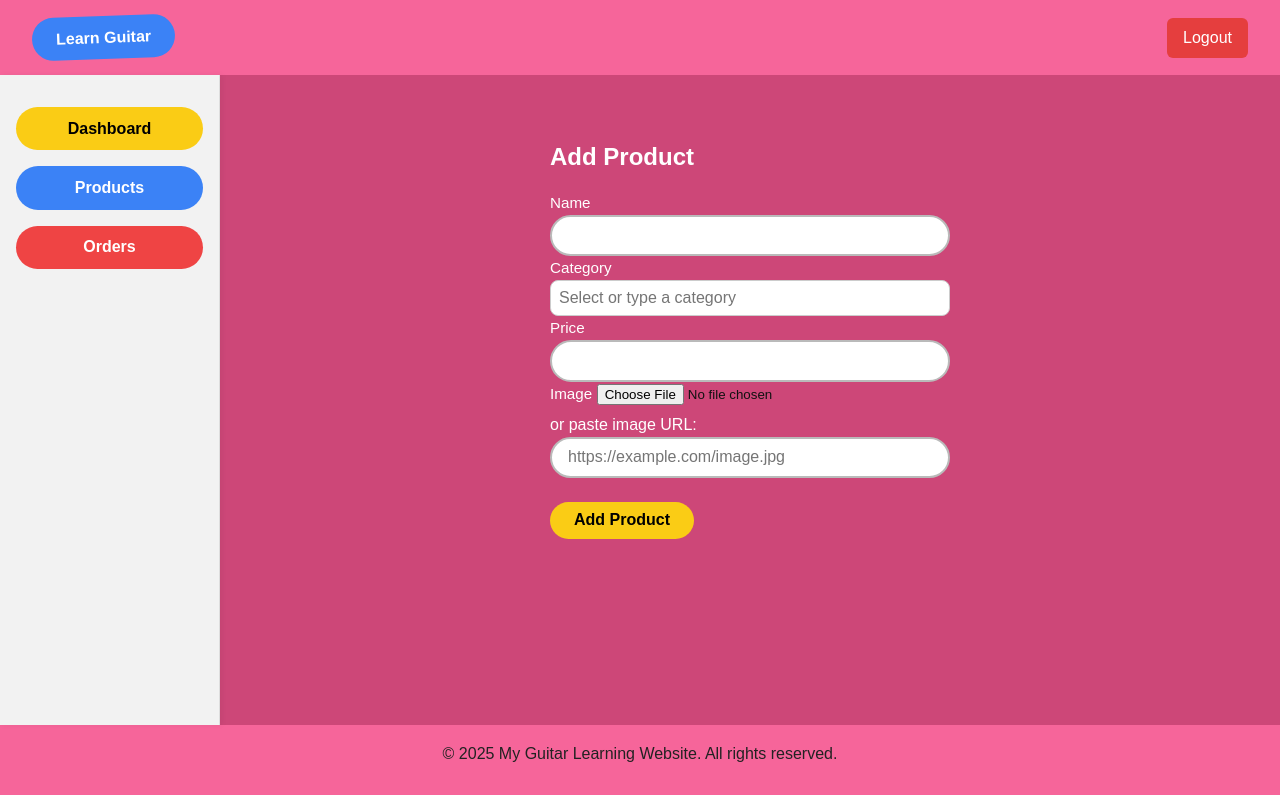
Repository: rywkoo/LearnGuitar
Page: templates/admin/addproduct.html
These files come from the project's save history. The page is drawn as it stood at one moment and after the next save; the edit follows.
The browser window is 1280 px wide. The pictures show the whole page.
The page is served by the project's application, run on Flask 3 (app.py). Other server files are loaded and not shown. The template is opened directly, without the code that normally fills it, so the values that code supplies are empty.

Above is the page before, as saved 2025-08-25 22:37:19.

### templates/admin/addproduct.html
{% extends "admin/admin_master.html" %}

{% block main_content %}


<style>
.custom-dropdown {
  position: relative;
  width: 100%;
}

.custom-dropdown input {
  width: 100%;
  padding: 0.5rem;
  border-radius: 8px;
  border: 1px solid #ccc;
}

.dropdown-list {
  position: absolute;
  top: 100%;
  left: 0;
  right: 0;
  background: #fff;
  max-height: 150px;
  overflow-y: auto;
  border: 1px solid #ccc;
  border-radius: 8px;
  display: none;
  margin-top: 2px;
  z-index: 10;
}

.dropdown-list li {
  padding: 0.5rem;
  cursor: pointer;
}

.dropdown-list li:hover {
  background: #f0f0f0;
}

.dropdown-list li.other {
  font-style: italic;
  color: #555;
}
</style>


<div style="width: 400px; margin: 2rem auto;">
    <h2 style="color: white; margin-bottom: 1rem;">Add Product</h2>

    <form id="addProductForm" method="POST" enctype="multipart/form-data">
        <!-- Name -->
        <div class="mb-3">
            <label style="color: white;">Name</label>
            <input class="input" type="text" name="name" required>
        </div>

        <!-- Category -->
        <div class="mb-3">
            <label style="color: white;">Category</label>
            <div class="custom-dropdown">
                <input
                    class="input"
                    type="text"
                    id="categoryInput"
                    name="category"
                    placeholder="Select or type a category"
                    autocomplete="off"
                    value="{{ product['category'] if product else '' }}"
                    required
                    style="background-color: white; color: black;"
                >
                <ul class="dropdown-list" id="categoryList">
                    {% for cat in categories %}
                        <li>{{ cat }}</li>
                    {% endfor %}
                    <li class="other">Other...</li>
                </ul>
            </div>
        </div>


        <!-- Price -->
        <div class="mb-3">
            <label style="color: white;">Price</label>
            <input class="input" type="number" name="price" required>
        </div>

        <!-- Image -->
        <div class="mb-3">
            <label style="color: white;">Image</label>
            <input type="file" name="image_file" accept="image/*" style="margin-bottom: 0.5rem;">
            <br>
            <span style="color: white;">or paste image URL:</span>
            <input class="input" type="text" name="image_url" placeholder="https://example.com/image.jpg">
        </div>

        <!-- Submit -->
    </br>
        <button class="btn btn-primary" type="submit">Add Product</button>
    </form>
</div>

<!-- Success Modal -->
<div id="successModal" style="
    display: none;
    position: fixed;
    inset: 0;
    background: rgba(0,0,0,0.5);
    justify-content: center;
    align-items: center;
    z-index: 999;
">
    <div style="
        background: #fff;
        padding: 2rem;
        border-radius: 12px;
        text-align: center;
        width: 300px;
    ">
        <div style="font-size: 3rem; color: green;">✔️</div>
        <h3>New Product Added!</h3>
    </div>
</div>

<script>
const form = document.getElementById('addProductForm');
const modal = document.getElementById('successModal');

form.addEventListener('submit', function(event) {
    event.preventDefault(); // Prevent default form submission

    const formData = new FormData(form);

    fetch(form.action || window.location.href, {
        method: 'POST',
        body: formData
    })
    .then(res => {
        if (res.ok) {
            // Show modal
            modal.style.display = 'flex';

            // Redirect to product list after 1.5s
            setTimeout(() => {
                window.location.href = "{{ url_for('admin_products') }}";
            }, 1500);
        } else {
            res.text().then(txt => alert('Error adding product: ' + txt));
        }
    })
    .catch(err => {
        console.error(err);
        alert('Error adding product.');
    });
});
</script>

<script>
const input = document.getElementById('categoryInput');
const list = document.getElementById('categoryList');

input.addEventListener('focus', () => {
  list.style.display = 'block';
});

input.addEventListener('input', () => {
  const value = input.value.toLowerCase();
  Array.from(list.children).forEach(li => {
    li.style.display = li.textContent.toLowerCase().includes(value) ? 'block' : 'none';
  });
});

Array.from(list.children).forEach(li => {
  li.addEventListener('click', () => {
    if (li.classList.contains('other')) {
      input.value = '';
      input.focus();
    } else {
      input.value = li.textContent;
    }
    list.style.display = 'none';
  });
});

document.addEventListener('click', e => {
  if (!e.target.closest('.custom-dropdown')) {
    list.style.display = 'none';
  }
});
</script>
{% endblock %}

### templates/admin/admin_master.html
<!DOCTYPE html>
<html lang="en">
<head>
  <meta charset="UTF-8">
  <title>{% block title %}My Flask App{% endblock %}</title>
  {% include "css.html" %}
</head>
<body style="margin:0; font-family: sans-serif;">

  <!-- ===== Navbar ===== -->
  <nav style="padding: 1rem 2rem; display: flex; justify-content: space-between; align-items: center; background: #f6659a; color:white;">
    <a href="/" class="btn btn-secondary btn-lg" style="transform: rotate(-2deg);">Learn Guitar</a>
    <div class="nav-links" style="display: flex; gap:5px;">
      <a href="/logout" style="padding: 0.5rem 1rem; background: #e53e3e; color:white; border-radius: 6px; text-decoration:none;">Logout</a>
    </div>
  </nav>

  <!-- ===== Layout Wrapper ===== -->
  <div style="display: flex; min-height: calc(100vh - 70px);">

    <!-- ===== Sidebar ===== -->
    <aside style="
      width: 220px;
      background: #f2f2f2;
      padding: 2rem 1rem;
      border-right: 1px solid #ddd;
      box-shadow: 2px 0 6px rgba(0,0,0,0.05);
    ">
      <nav style="display: flex; flex-direction: column; gap: 1rem;">
        <a class="btn btn-primary" href="/admin" >Dashboard</a>
        <a class="btn btn-secondary" href="/admin/products" >Products</a>
        <a class="btn btn-danger" href="/admin/orders" >Orders</a>
      </nav>
    </aside>

    <!-- ===== Main Content ===== -->
    <main style="flex: 1; padding: 2rem;">
      {% block main_content %}
      <!-- Page content will go here -->
      {% endblock %}
    </main>

  </div>

  <!-- ===== Footer ===== -->
  <footer style="text-align: center; padding: 1rem 1rem; background: #f6659a; color:white; border-top: 1px solid #f6659a;">
    <p>&copy; 2025 My Guitar Learning Website. All rights reserved.</p>
  </footer>

  {% include "script.html" %}

  <script src="https://unpkg.com/vue@3/dist/vue.global.js"></script>
</body>
</html>

### templates/css.html
<!-- css.html -->
<link rel="stylesheet" href="{{ url_for('static', filename='css/btn.css') }}">
<link rel="stylesheet" href="{{ url_for('static', filename='css/card.css') }}">
<link rel="stylesheet" href="{{ url_for('static', filename='css/input.css') }}">
<link rel="stylesheet" href="{{ url_for('static', filename='css/typography.css') }}">
<link rel="stylesheet" href="{{ url_for('static', filename='css/style.css') }}">
<link rel="stylesheet" href="{{ url_for('static', filename='css/animation.css') }}">
<link rel="stylesheet" href="{{ url_for('static', filename='css/lesson.css') }}">
<link rel="stylesheet" href="{{ url_for('static', filename='css/shop.css') }}">

### templates/script.html
<script src="https://cdn.jsdelivr.net/npm/sweetalert2@11"></script>
<script>
  // ===== Background Slider =====
  (function() {
    const bgSlider = document.querySelector('.hero-left .hero-bg-slider');
    if (!bgSlider) return; // Exit if element doesn't exist

    const images = [
      'https://www.uk-anime.net/images/bocchimain.png',
      'https://www.cnet.com/a/img/resize/3b4b3e192a9d75bd060ba4debe8d13a14caef990/hub/2024/07/06/b6981ace-771d-4971-8a9e-60e8c83bc66e/bocchi-the-rock-photo-1.jpg?auto=webp&fit=crop&height=900&width=1200',
      'https://www.uk-anime.net/images/bocchimain.png',
      'https://www.cnet.com/a/img/resize/3b4b3e192a9d75bd060ba4debe8d13a14caef990/hub/2024/07/06/b6981ace-771d-4971-8a9e-60e8c83bc66e/bocchi-the-rock-photo-1.jpg?auto=webp&fit=crop&height=900&width=1200'
    ];

    let current = 0;

    function changeBackground() {
      bgSlider.style.backgroundImage = `url(${images[current]})`;
      current = (current + 1) % images.length;
    }

    changeBackground();
    setInterval(changeBackground, 5000);
  })();
</script>

<script>
  // ===== Quantity Adjust =====
  function adjustQty(delta) {
    const input = document.getElementById('quantityInput');
    if (!input) return; // Exit if element doesn't exist

    let value = parseInt(input.value);
    if (!isNaN(value)) {
      input.value = Math.max(1, value + delta);
    }
  }
</script>

### app.py
from flask import Flask, render_template, request, redirect, url_for, flash, session, jsonify
from flask_mail import Mail, Message
import json
import requests
from datetime import date
from dotenv import load_dotenv
import os
from reportlab.lib.pagesizes import letter
from reportlab.pdfgen import canvas

app = Flask(__name__)
app.secret_key = "741e4fa4-f067-4aec-b48d-deb18e9cca92"

import route

@app.route("/components")
def components():
    return render_template("component.html")

if __name__ == "__main__":
    app.run(debug=True)

### static/css/btn.css
.btn {
  display: inline-block;
  padding: 0.6rem 1.5rem;
  border-radius: 9999px;  /* fully rounded */
  border: none;
  cursor: pointer;
  font-weight: 600;
  text-decoration: none;
  transition: background 0.2s, box-shadow 0.2s;
  font-size: 1rem;

  /* Add shadow */
/* flat shadow downwards */
}

/* Optional: hover effect (slightly stronger shadow) */
.btn:hover {
  box-shadow: 0 3px 0 #45454576;
}

/* Primary: Yellow bg, black text */
.btn-primary {
  background: #facc15;
  color: #000;
}

/* Secondary: Blue bg, white text */
.btn-secondary {
  background: #3b82f6;
  color: #fff;
}

/* Danger: Red bg, white text */
.btn-danger {
  background: #ef4444;
  color: #fff;
}

### static/css/card.css
/* ===== Base Card Component ===== */
.card {
  border-radius: 16px;       /* rounded corners */
  padding: 1.5rem;
  margin-bottom: 1.5rem;
  transition: box-shadow 0.3s, transform 0.2s;
  color: #111;               /* default text color */
  box-shadow: 0 4px 0 #888888; /* default flat shadow */
}

.card:hover {
  transform: translateY(-2px);
  box-shadow: 0 6px 0 #888888; /* slightly longer shadow on hover */
}

/* ===== Card Variants ===== */

/* Primary - Pink */
.card-pink {
  background: #f6659a;       /* light pink */
  box-shadow: 0 4px 0 #d35c7f;
}
.card-pink:hover {
  box-shadow: 0 6px 0 #af4d6b;
}

/* Secondary - Yellow */
.card-yellow {
  background: #facc15;       /* yellow */
  box-shadow: 0 4px 0 #d4a90f;
}
.card-yellow:hover {
  box-shadow: 0 6px 0 #e0b01a;
}

/* Danger/Accent - Blue */
.card-blue {
  background: #3b82f6;       /* blue */
  color: #fff;               /* white text for contrast */
  box-shadow: 0 4px 0 #2563eb;
}
.card-blue:hover {
  box-shadow: 0 6px 0 #1d4ed8;
}

/* Card header */
.card h2 {
  font-size: 1.25rem;
  margin-bottom: 0.8rem;
}

/* Card paragraph/text */
.card p {
  font-size: 1rem;
}

### static/css/input.css
/* ===== Input Fields ===== */
* {
  margin: 0;
  padding: 0;
  box-sizing: border-box; /* ensures padding is included in width */
}


.input {
  width: 100%;
  padding: 0.6rem 1rem;
  border: 2px solid #bababa;   /* gray border matching shadow */
  border-radius: 9999px;       /* fully rounded, like buttons */
  background: #ffffff;         /* very light pink background */
  font-size: 1rem;
  outline: none;
  transition: border-color 0.2s, box-shadow 0.2s;
  color: #111;                 /* dark text */
}

### static/css/typography.css
/* ===== Global Text Settings ===== */
body {
  font-family: 'Segoe UI', Tahoma, Geneva, Verdana, sans-serif;
  color: #111;       /* dark text for readability */
  line-height: 1.5;
  background: #fffafc; /* subtle light background */
}

/* ===== Headings ===== */
h1 {
  font-size: 2rem;
  font-weight: 700;
  margin-bottom: 1rem;
  color: #111;
}

h2 {
  font-size: 1.5rem;
  font-weight: 600;
  margin-bottom: 0.8rem;
  color: #111;
}

h3 {
  font-size: 1.25rem;
  font-weight: 500;
  margin-bottom: 0.6rem;
  color: #111;
}

/* ===== Paragraphs ===== */
p {
  font-size: 1rem;
  margin-bottom: 0.8rem;
  color: #222;  /* slightly lighter than headings */
}

/* ===== Labels ===== */
label {
  font-size: 0.95rem;
  font-weight: 500;
  color: #111;
}

/* ===== Links ===== */
a {
  text-decoration: none;
  transition: color 0.2s;
}

a:hover {
  text-decoration: none;
}

/* ===== Small Text ===== */
small {
  font-size: 0.85rem;
  color: #ffffff;
}

/* ===== Button Text ===== */
.btn {
  font-family: inherit; /* use same font as body */
  font-weight: 600;
  font-size: 1rem;
  text-align: center;
}

### static/css/style.css
body {
    background-color: #cd4778;
}

### static/css/animation.css

/* Animate background position horizontally */
@keyframes slideBg {
  0% { background-position: 0% center; }
  25% { background-position: 100% center; }
  50% { background-position: 200% center; }
  75% { background-position: 300% center; }
  100% { background-position: 400% center; }
}

### static/css/lesson.css
/* ===== Lesson Cards ===== */
.lesson-card {
  display: flex;
  align-items: center;
  gap: 1rem;
  padding: 1rem 1.5rem;
  border-radius: 16px;
  box-shadow: 0 4px 0 #888888; /* flat shadow downward */
  background: #fff;
  transition: transform 0.2s, box-shadow 0.2s;
}

.lesson-card:hover {
  transform: translateY(-3px);
  box-shadow: 0 6px 0 #666666;
}

/* Lesson image on the left */
.lesson-image img {
  width: 100px;
  height: 100px;
  object-fit: cover;
  border-radius: 8px;
}

/* Title in the middle */
.lesson-title {
  flex: 1;
  font-size: 1.2rem;
  color: #111;
}

/* Button on the right */
.lesson-action .btn {
  padding: 0.5rem 1.2rem;
  font-size: 1rem;
}

/* Optional: responsive for small screens */
@media (max-width: 600px) {
  .lesson-card {
    flex-direction: column;
    align-items: flex-start;
  }
  .lesson-action {
    width: 100%;
    margin-top: 0.5rem;
  }
}

### static/css/shop.css
/* ===== Shop Container ===== */

.hidden-card {
    display: none !important;
}

.shop-container {
  display: flex;
  gap: 2rem;
  padding: 2rem;
  max-width: 1400px;    /* limit width */
  margin: 0 auto;       /* center horizontally */
  box-sizing: border-box;
}

/* ===== Shop Sidebar ===== */
.shop-sidebar {
  width: 400px;
  flex-shrink: 0;
  background: #f5f5f5;
  padding: 1.5rem;
  border-radius: 16px;
  box-shadow: 0 4px 0 #ccc;
  display: flex;
  flex-direction: column;
  gap: 1.5rem;
  position: sticky;
  top: 1rem;
  height: fit-content;
}

/* Sidebar headings */
.shop-sidebar h3 {
  font-size: 1.1rem;
  font-weight: 600;
  color: #111;
  margin-bottom: 0.5rem;
}

/* Inputs inside sidebar */
.shop-sidebar input[type="text"],
.shop-sidebar input[type="checkbox"] {
  margin-bottom: 0.5rem;
}

/* Checkbox labels */
.shop-sidebar label {
  display: flex;
  align-items: center;
  gap: 0.5rem;
  font-size: 0.9rem;
  color: #111;
  cursor: pointer;
}

/* Filter button */
.shop-sidebar .btn-filter {
  background: #3b82f6;
  color: #fff;
  padding: 0.6rem 1rem;
  border-radius: 12px;
  font-weight: 600;
  border: none;
  cursor: pointer;
  transition: background 0.2s, box-shadow 0.2s;
}
.shop-sidebar .btn-filter:hover {
  background: #2563eb;
  box-shadow: 0 3px 0 #666;
}

/* ===== Shop Products Grid ===== */
.shop-products {
  display: grid;
  grid-template-columns: repeat(auto-fill, minmax(250px, 1fr));
  gap: 1rem;
  flex: 1;
}

/* ===== Shop / Instrument Card ===== */
.shop-card {
  display: flex;
  flex-direction: column;
  align-items: center;
  gap: 0.5rem;
  padding: 1rem;
  border-radius: 16px;
  box-shadow: 0 4px 0 #888;
  background: #fff;
  transition: transform 0.2s, box-shadow 0.2s;
}
.shop-card:hover {
  transform: translateY(-3px);
  box-shadow: 0 6px 0 #666;
}

/* Category badge */
.shop-card .shop-category {
  padding: 0.2rem 0.6rem;
  border-radius: 12px;
  background-color: #facc15;
  color: #111;
  font-size: 0.8rem;
  font-weight: 600;
  text-transform: uppercase;
}

/* Instrument image */
.shop-card img {
  width: 100%;
  aspect-ratio: 1 / 1;
  object-fit: cover;
  border-radius: 12px;
}

/* Instrument title */
.shop-card .shop-title {
  font-size: 1.1rem;
  font-weight: 600;
  text-align: center;
  color: #111;
}

/* Price */
.shop-card .shop-price {
  font-size: 1rem;
  font-weight: 500;
  color: #444;
}

/* Add to Cart button */
.shop-card .btn-add {
  padding: 0.5rem 1rem;
  margin-top: 0.5rem;
  width: 100%;
  text-align: center;
  border-radius: 12px;
}

/* ===== Responsive adjustments ===== */
@media (max-width: 992px) {
  .shop-container {
    flex-direction: column;
  }

  .shop-sidebar {
    width: 100%;
    position: relative;
    top: auto;
    box-shadow: none;
    border-radius: 0;
    padding: 1rem 0;
  }

  .shop-products {
    grid-template-columns: repeat(auto-fill, minmax(200px, 1fr));
  }
}

After the next save:
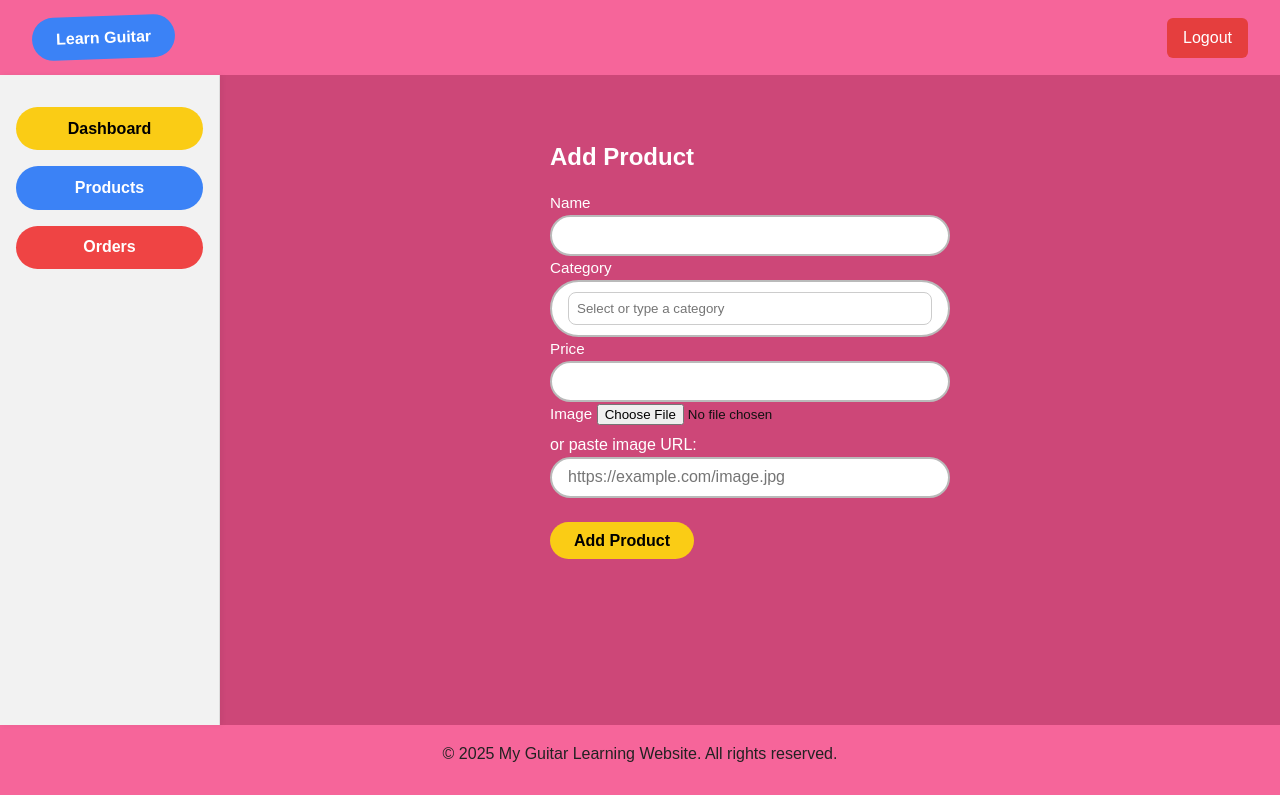
Saved 24 s later.
--- a/templates/admin/addproduct.html
+++ b/templates/admin/addproduct.html
@@ -60,9 +60,8 @@
         <!-- Category -->
         <div class="mb-3">
             <label style="color: white;">Category</label>
-            <div class="custom-dropdown">
+            <div class="custom-dropdown input">
                 <input
-                    class="input"
                     type="text"
                     id="categoryInput"
                     name="category"
